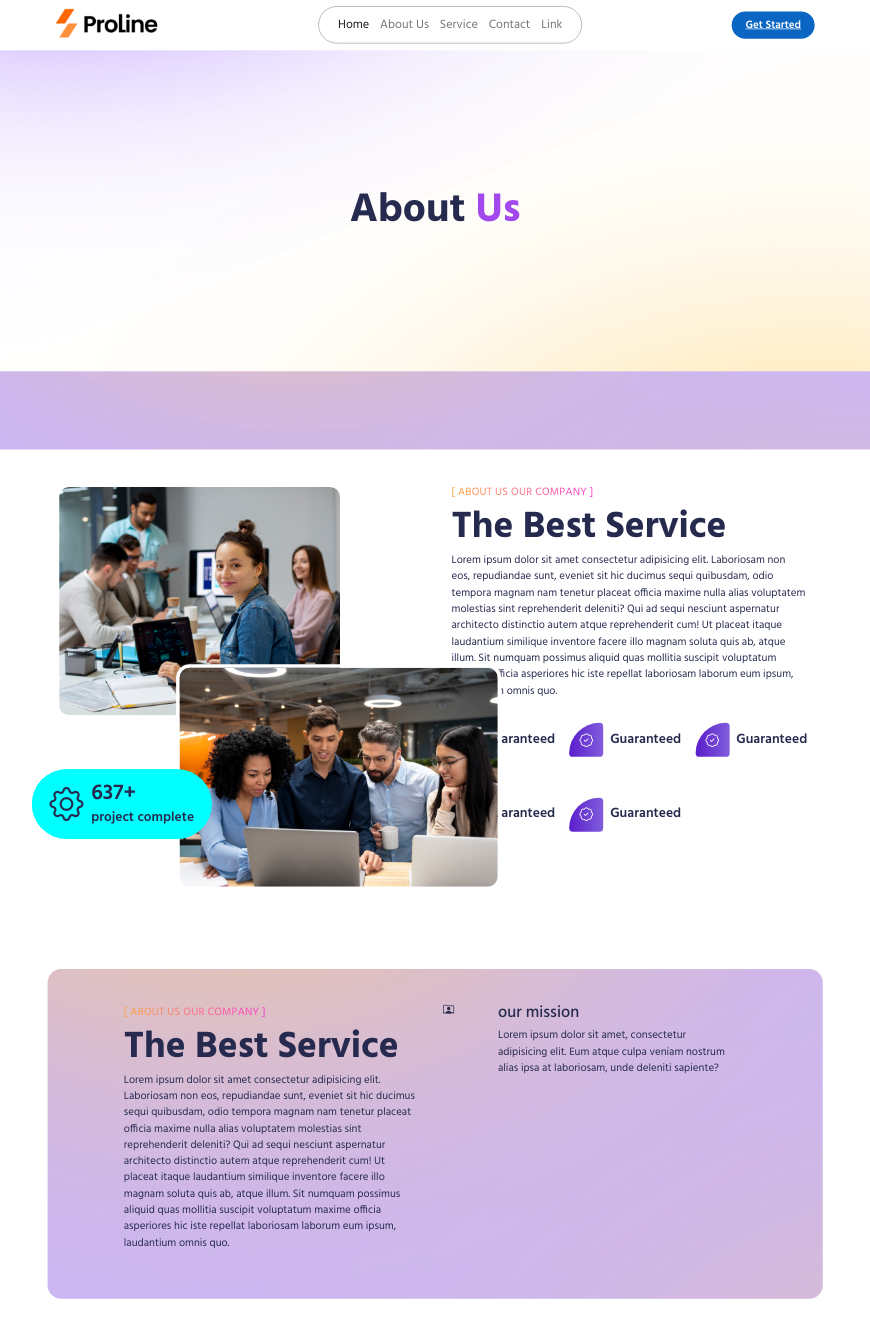
Repository: tagnam/corporate
Page: aboutus.html
These files come from the project's save history. The page is drawn as it stood at one moment and after the next save; the edit follows.
The browser window is 1280 px wide. The pictures show the whole page, at 68% of full size.

Above is the page before, as saved 2025-02-15 12:17:25.

After the next save:
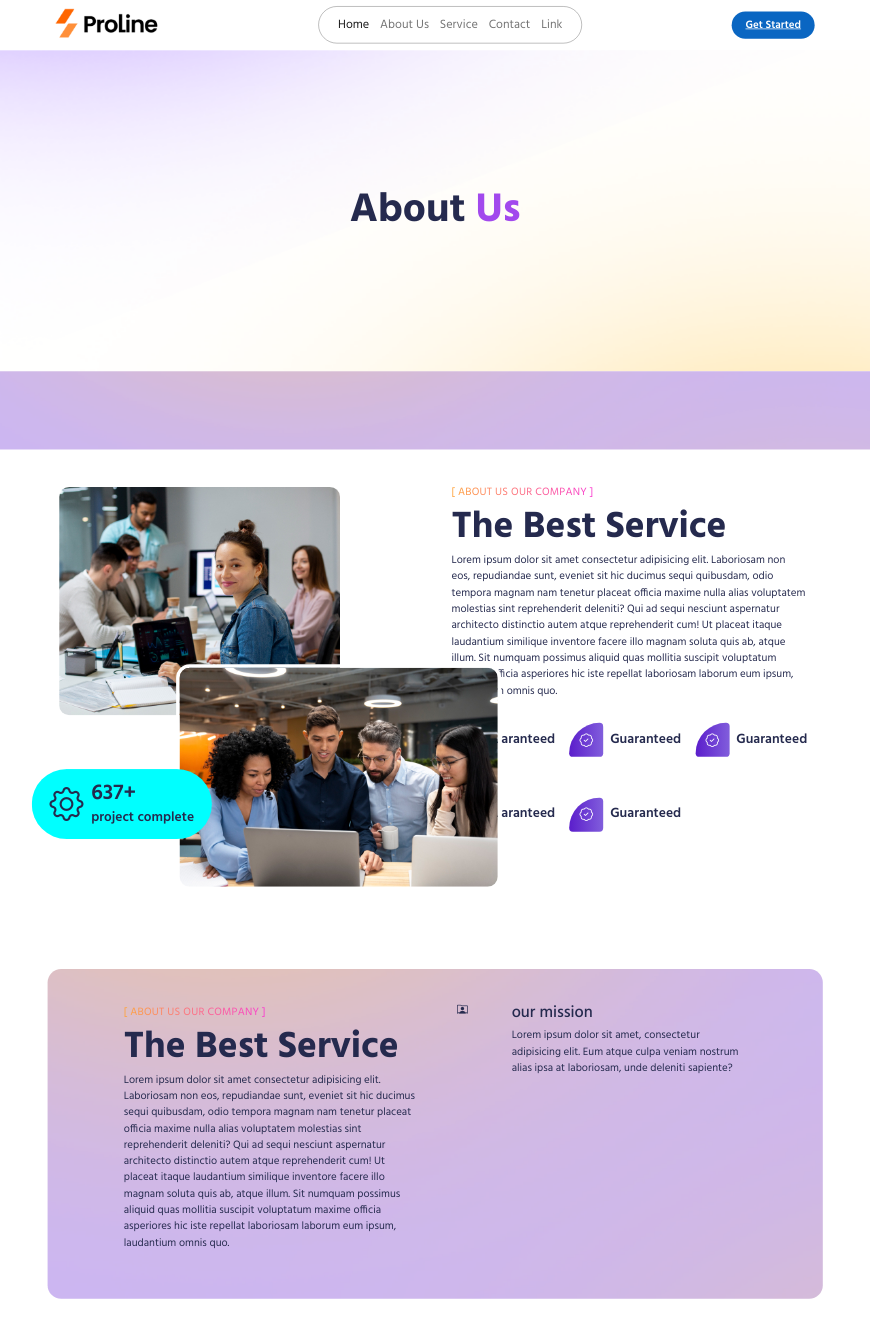
Saved 6 s later.
--- a/aboutus.html
+++ b/aboutus.html
@@ -202,7 +202,7 @@
                         <div class="col-lg-6">
                                 <div class="mission-vision-card">
                                     <div class="mission-card">
-                                        <div class="row ju">
+                                        <div class="row justify-content-center">
                                             <div class="col-md-2">
                                                 <div class="mission-icon">
                                                     <i class="bi bi-person-rolodex"></i>
